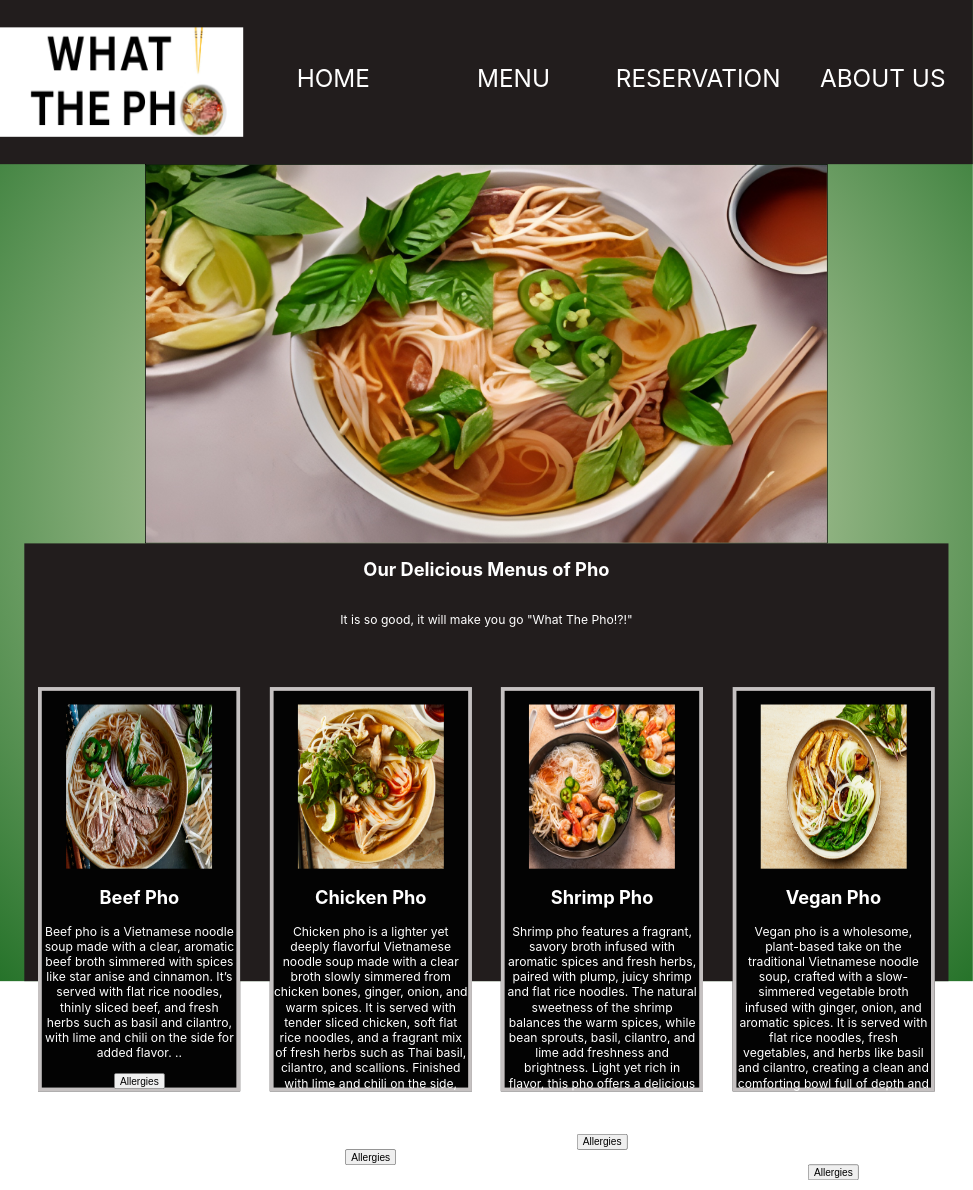
Repository: NguyenkhDang/Restaurant-Website
Page: /
These files come from the project's save history. The page is drawn as it stood at one moment and after the next save; the edit follows.
The browser window is 1280 px wide. The pictures show the whole page, at 76% of full size.
The project was rebuilt for these pictures with package versions that can differ from the ones it lists, and the page was loaded fresh each time.

Above is the page before, as saved 2026-01-16 00:29:22.

After the next save:
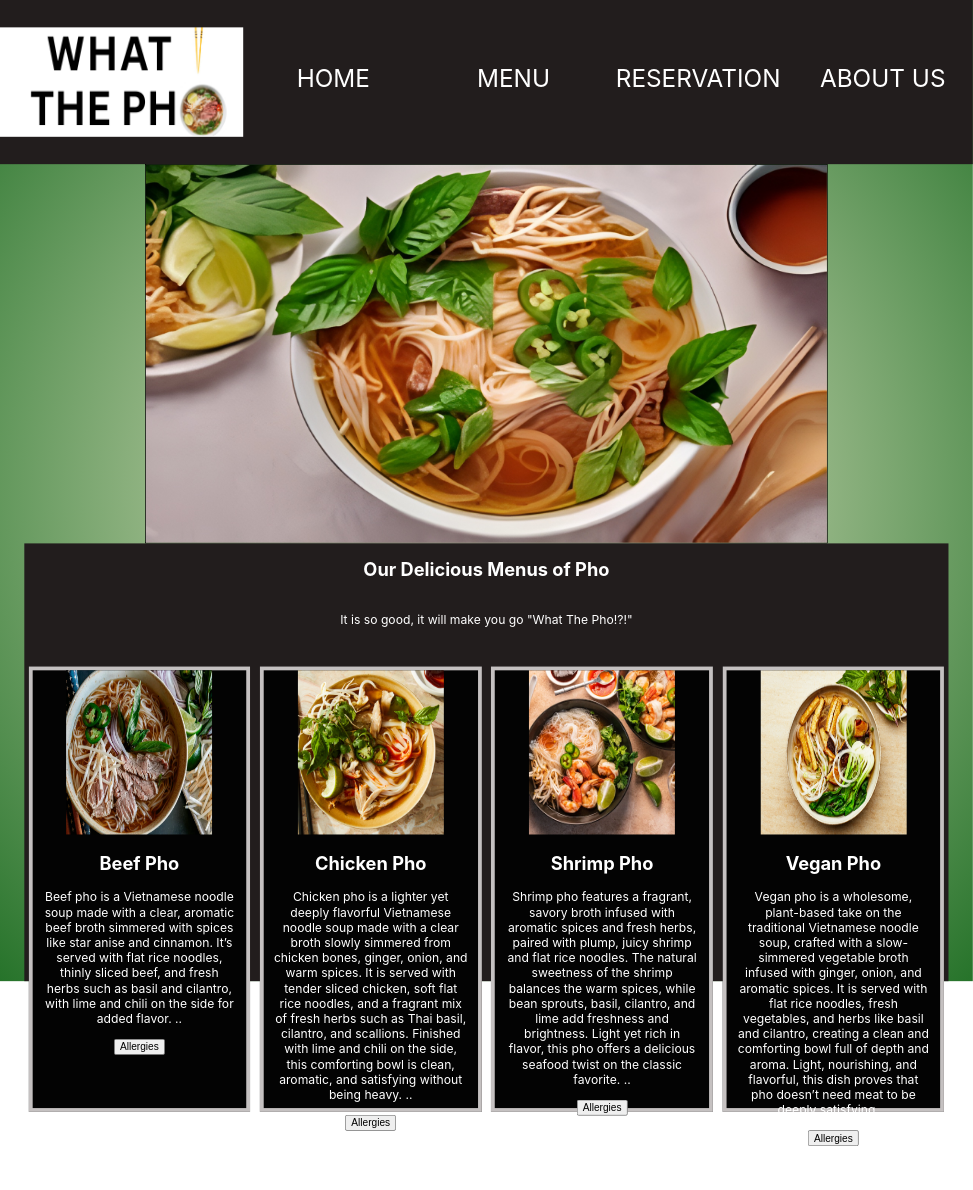
Saved 10 s later.
--- a/src/CSS/Readmore.css
+++ b/src/CSS/Readmore.css
@@ -7,7 +7,7 @@
   background-color: rgb(3, 3, 3);
   border: 5px solid rgb(197, 193, 193);
   margin-bottom: 10vh;
-  margin: 0 1vw 10vh 1vw;
+  padding: 0 1vw 10vh 1vw;
 }
 
 
